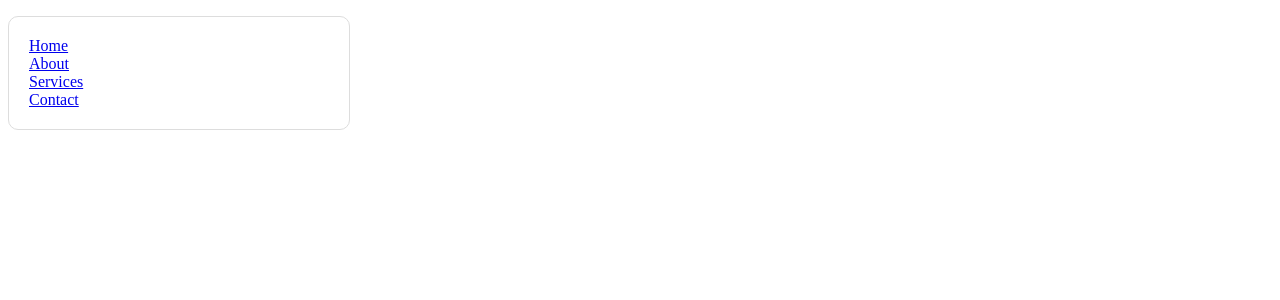
Repository: andiausrust/css-traversy
Page: menus/index.html
The author's editor kept a copy of each file at every save. The page is drawn from the files as they stood at one save, then again after the next save.
The browser window is 1280 px wide. The pictures show the whole page.

Above is the page before, as saved 2020-08-20 11:23:53.

After the next save:
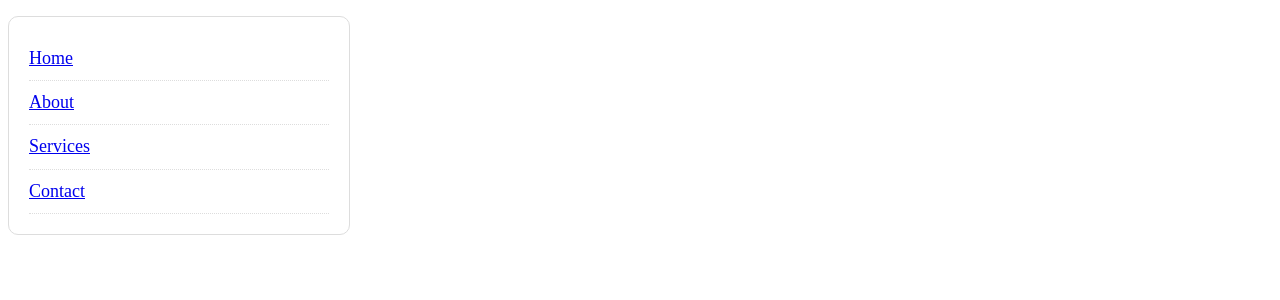
Saved 59 s later.
--- a/menus/css/style.css
+++ b/menus/css/style.css
@@ -5,3 +5,9 @@
     width: 300px;
     padding: 20px;
 }
+
+.side-menu li {
+    font-size: 18px;
+    line-height: 2.4em;
+    border-bottom: dotted 1px #ddd;
+}
